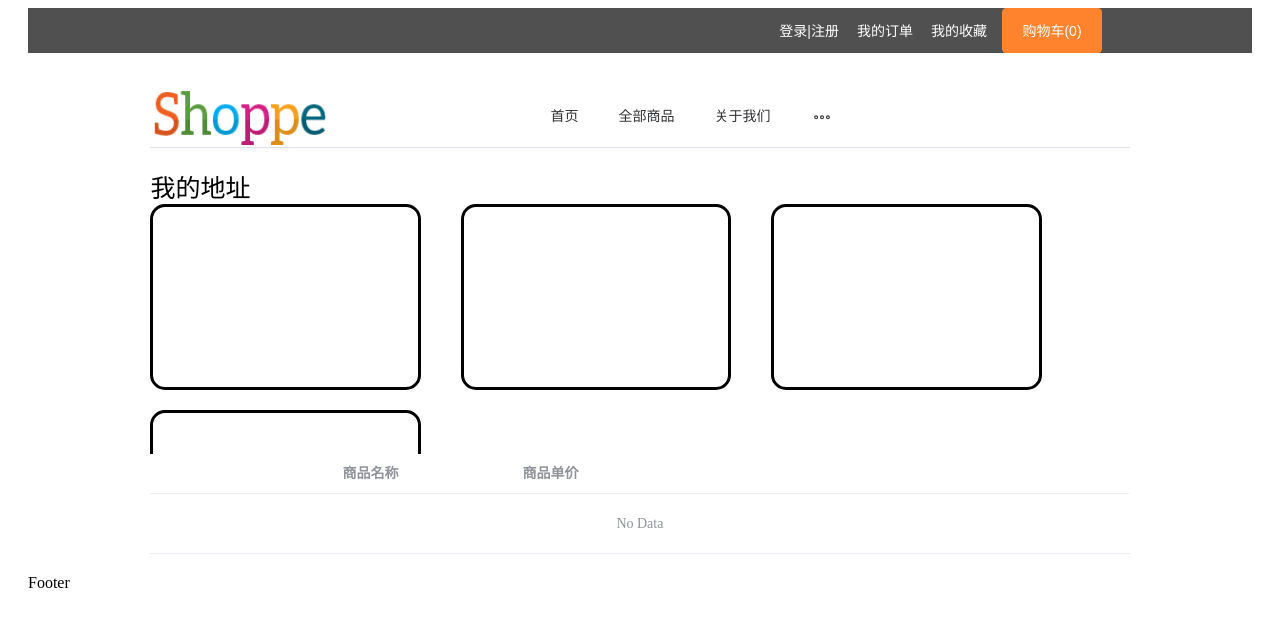
Repository: zhenghaochang/---
Page: /#/confirmOrder (app in xiaomi/)
The author's editor kept a copy of each file at every save. The page is drawn from the files as they stood at one save, then again after a run of saves.
The browser window is 1280 px wide. The pictures show the whole page.
The project was rebuilt for these pictures with package versions that can differ from the ones it lists, and the page was loaded fresh each time. Also part of the build but not shown: xiaomi/vite.config.js.

Above is the page before, as saved 2025-08-03 16:12:12.

After the next 2 saves:
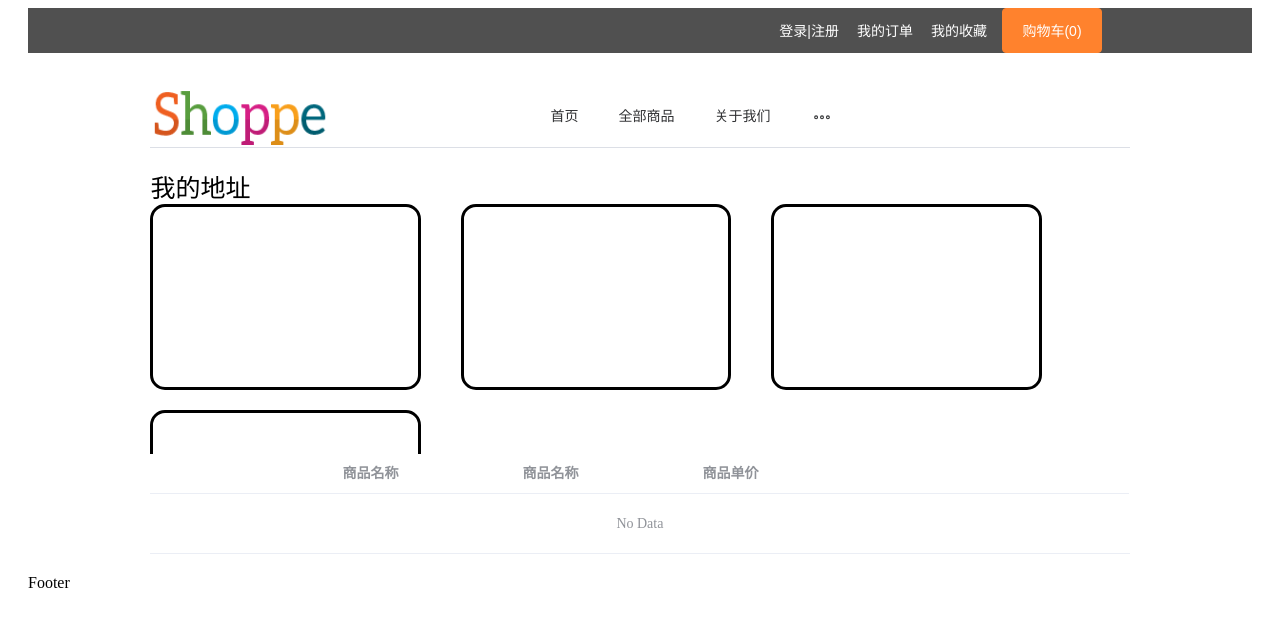
The 2 saves are shown as one change because they came seconds apart.
The last was saved 10 s later.
--- a/xiaomi/src/view/confirmOrder.vue
+++ b/xiaomi/src/view/confirmOrder.vue
@@ -16,7 +16,7 @@
             <el-table :data="tableData" stripe style="width: 100%">
                 <el-table-column prop="date" label="" width="180" />
                 <el-table-column prop="name" label="商品名称" width="180" />
-                <el-table-column prop="address" label="商品单价" />
+                <el-table-column prop="name" label="商品名称" width="180" /><el-table-column prop="address" label="商品单价" />
             </el-table>
         </div>
     </div>
